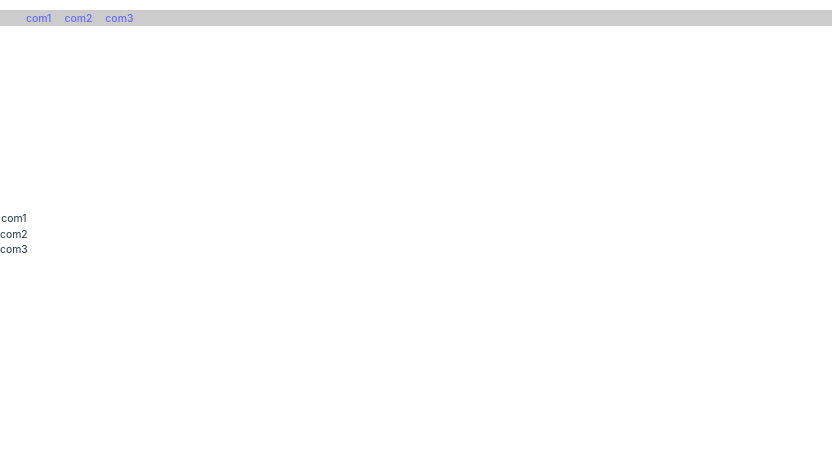
Repository: dimarezznik/testing-react
Page: /
An editor plug-in stored every save of this project. The page is shown before and after a run of saves, followed by the edit.
The browser window is 1280 px wide. The pictures show the whole page, at 65% of full size.
The project was rebuilt for these pictures with package versions that can differ from the ones it lists, and the page was loaded fresh each time. Also part of the build but not shown: vite.config.ts.

Above is the page before, as saved 2023-12-19 00:58:00.

After the next 9 saves:
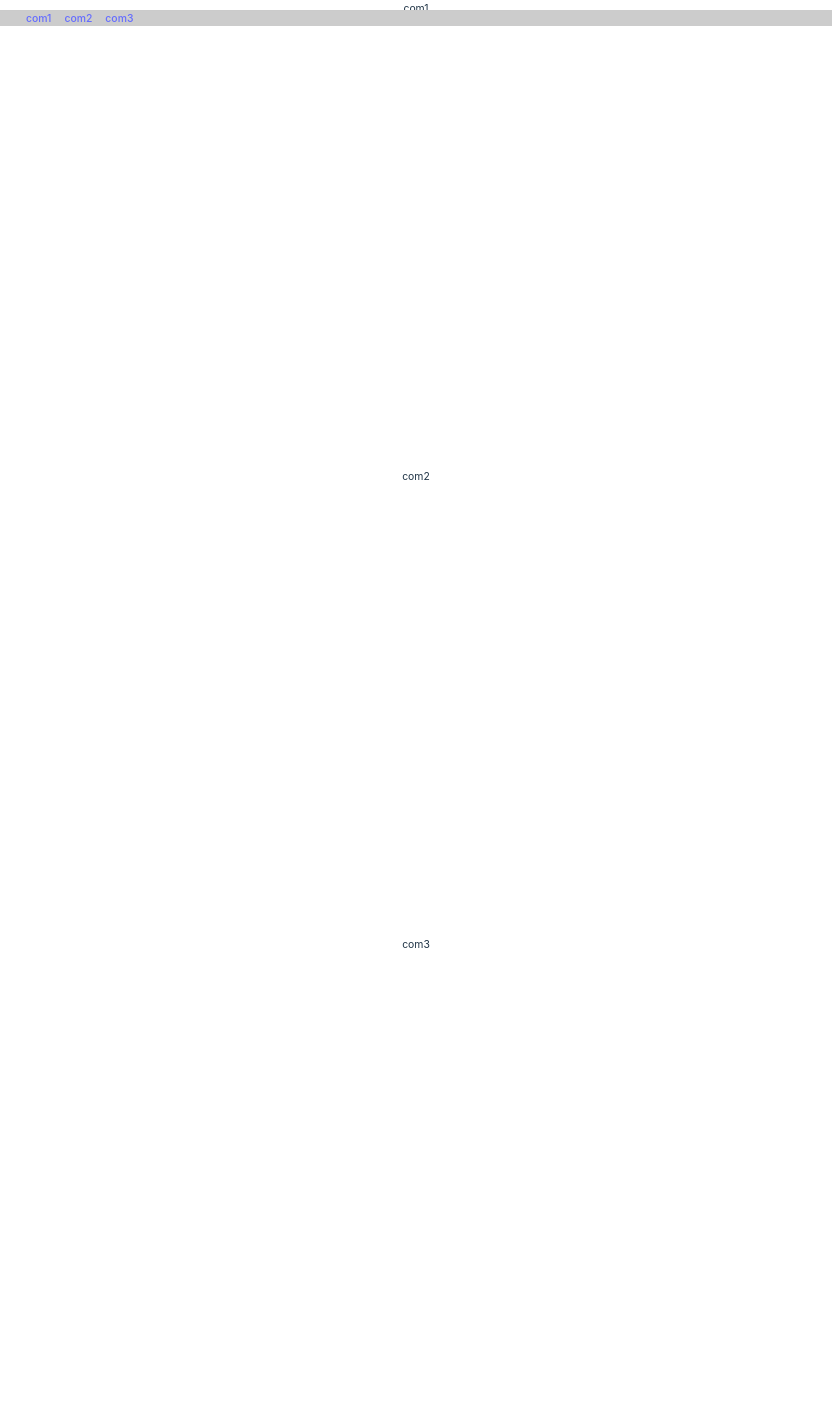
The 9 saves are shown as one change because they came seconds apart.
The last was saved 20 s later.
--- a/src/App.css
+++ b/src/App.css
@@ -15,4 +15,7 @@ ul {
   gap: 20px;
 }
 
-div
+div {
+  width: 100vw;
+  height: 100vh;
+}
